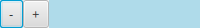
Repository: angelalvess/java-fx
Program's window: java javafx/src/counter/Contador.java
These files come from the project's save history. The program's window is drawn as it stood at one moment and after a run of saves; the edit follows.
It runs on Java 21 on a 1366 x 768 screen with JavaFX 11; the title bar is not drawn.

Above is the program's window before, as saved 2025-02-03 06:38:25.

After the next 2 saves:
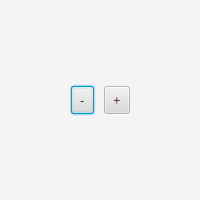
The 2 saves are shown as one change because 1 did not build or start.
The last was saved 93 s later.
--- a/javafx/src/counter/Contador.java
+++ b/javafx/src/counter/Contador.java
@@ -2,6 +2,7 @@
 
 
 import javafx.application.Application;
+import javafx.geometry.Pos;
 import javafx.scene.Scene;
 import javafx.scene.control.Button;
 import javafx.scene.control.Label;
@@ -20,10 +21,12 @@
 		Button buttonIncrement = new Button("+");
 
 		HBox hBox = new HBox();
+		hBox.setAlignment(Pos.CENTER);
+		hBox.setSpacing(10);
 		hBox.getChildren().add(buttonDecrement);
 		hBox.getChildren().add(buttonIncrement);
 
-		Scene sceneOneScene = new Scene(hBox);
+		Scene sceneOneScene = new Scene(hBox, 200, 200);
 
 		primaryStage.setScene(sceneOneScene);
 		primaryStage.show();
